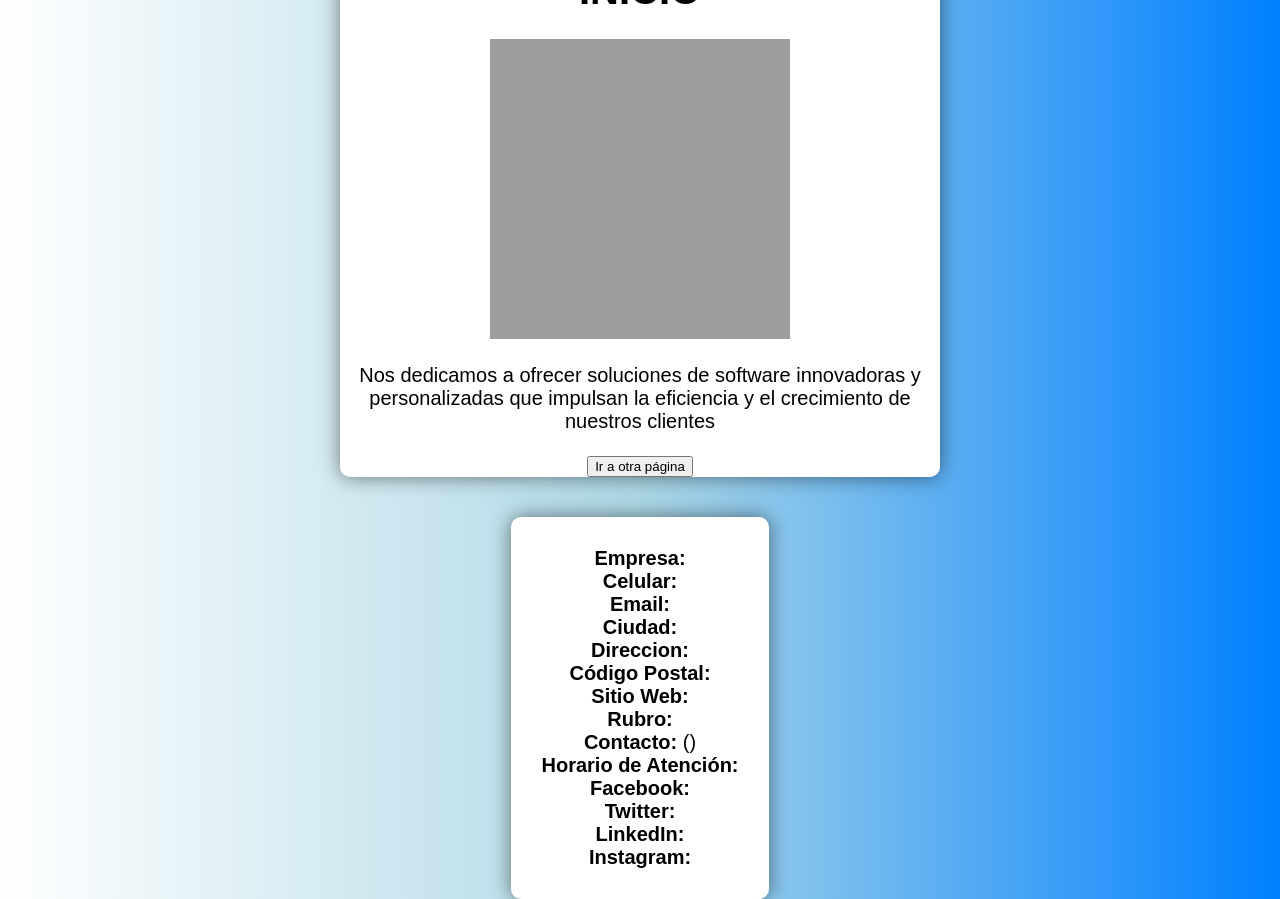
Repository: ANGELEDU141/TAREAWEBEWJASJDASJ
Page: http://localhost/JAVAWEBTAREA/WEB-INF/views/bienvenido.jsp
An editor plug-in stored every save of this project. The page is shown before and after the next save, followed by the edit.
The browser window is 1280 px wide. The pictures show the whole page.
Pictures or frames that could not be fetched are drawn as grey boxes. The page is served by Tomcat 9. Nobody is signed in. The template is opened directly, without the code that normally fills it, so the values that code supplies are empty.

Above is the page before, as saved 2024-09-01 11:10:43.

After the next save:
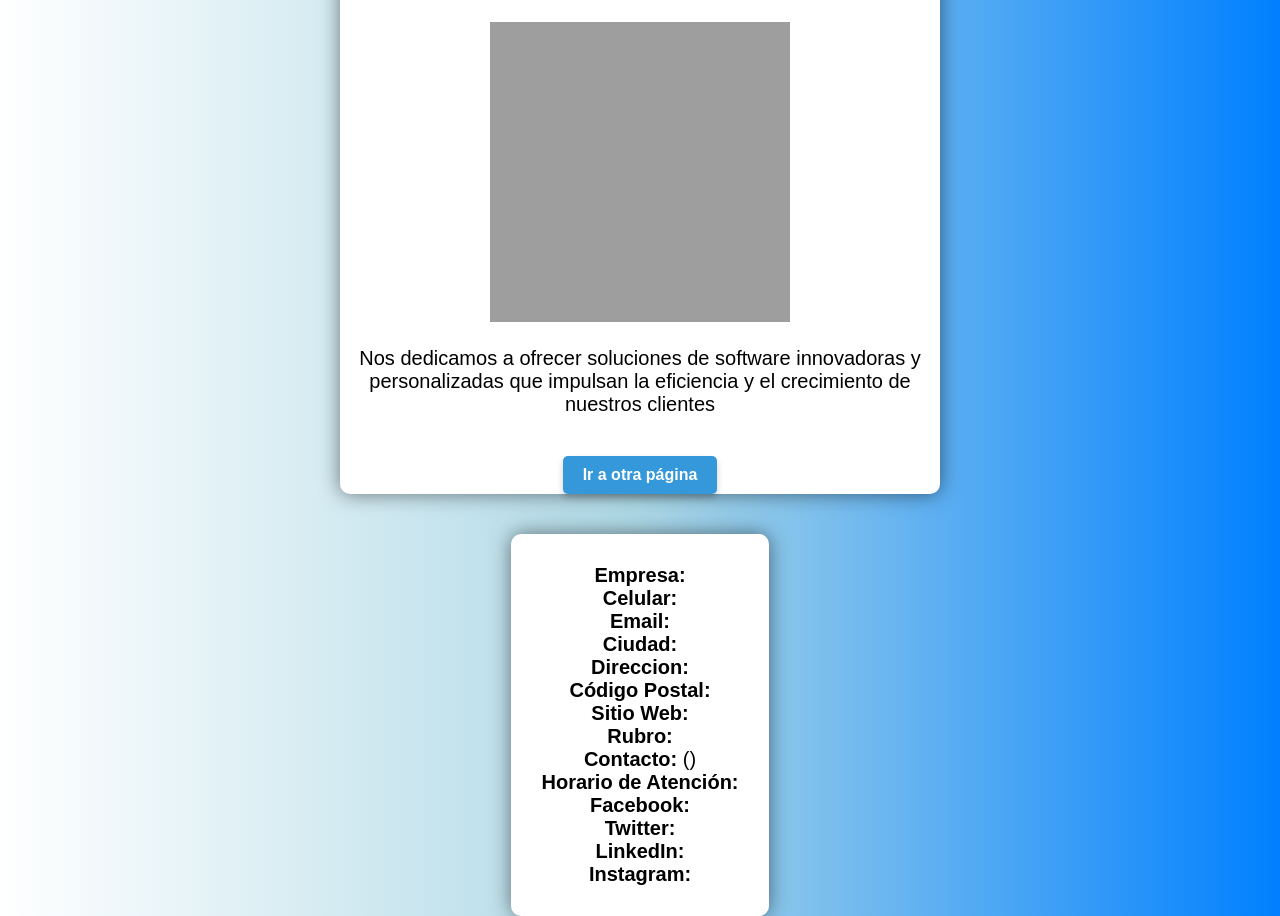
Saved 27 s later.
--- a/JAVAWEBTAREA/src/main/webapp/WEB-INF/views/bienvenido.jsp
+++ b/JAVAWEBTAREA/src/main/webapp/WEB-INF/views/bienvenido.jsp
@@ -30,6 +30,21 @@
         font-size: 20px;
 
     }
+
+      	button{
+   			margin-top: 20px;
+   			padding: 10px 20px;
+            font-size: 16px;
+            font-weight: bold;
+            color: white;
+            background-color: #3498db; /* Color de fondo azul */
+            border: none;
+            border-radius: 5px; /* Bordes redondeados */
+            box-shadow: 0 4px 6px rgba(0, 0, 0, 0.2); /* Sombra sutil */
+            cursor: pointer;
+
+   		}
+
        .contac {
 
  		margin-top: 40px;
@@ -44,19 +59,7 @@
 
     }
 
-  	button{
-   			margin-top: 20px;
-   			padding: 10px 20px;
-            font-size: 16px;
-            font-weight: bold;
-            color: white;
-            background-color: #3498db; /* Color de fondo azul */
-            border: none;
-            border-radius: 5px; /* Bordes redondeados */
-            box-shadow: 0 4px 6px rgba(0, 0, 0, 0.2); /* Sombra sutil */
-            cursor: pointer;
 
-   		}
 
 </style>
 </head>
